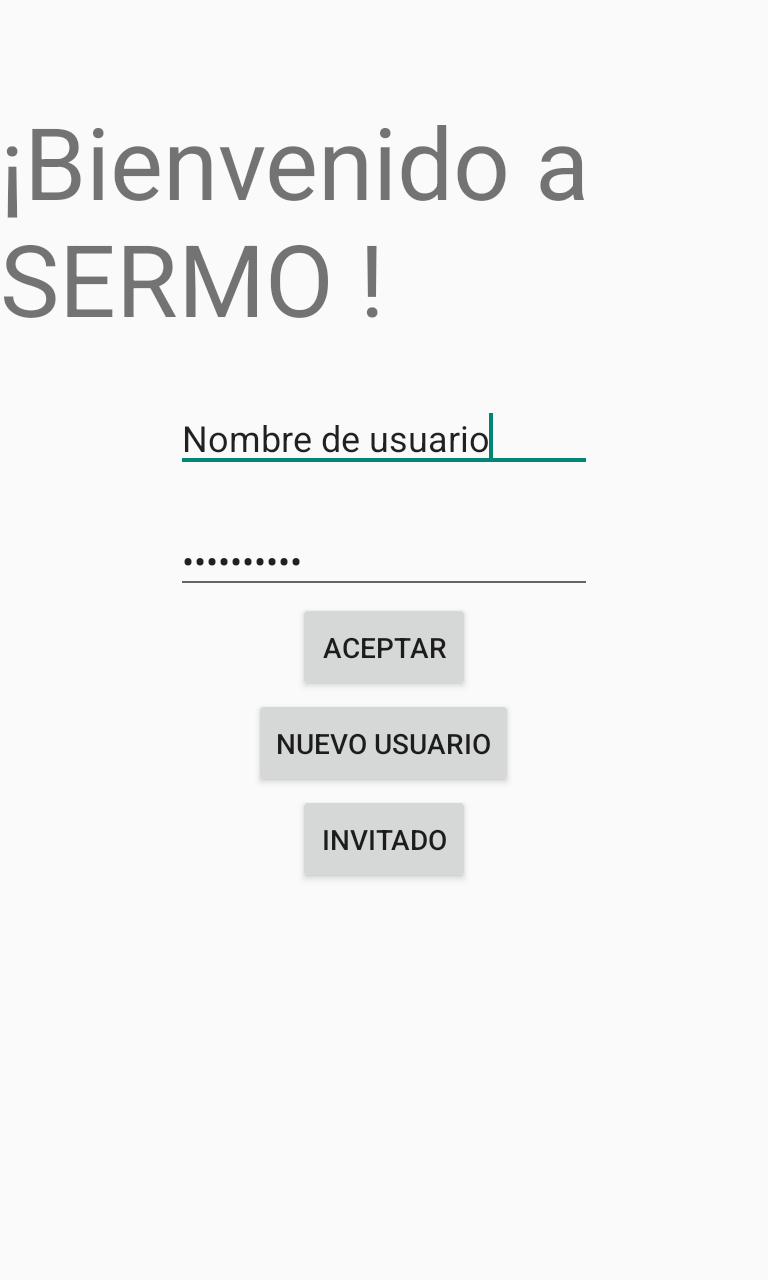
Repository: MVidi/juegos
Layout: SermoJuego/res/layout/pantallaprimera.xml
These files come from the project's save history. The layout is drawn as it stood at one moment and after the next save; the edit follows.
Pictures or frames that could not be fetched are drawn as grey boxes. It is drawn on a 768 x 1280 px phone screen (xhdpi) without system bars, with theme AppTheme; the app's code is not run.

Above is the layout before, as saved 2014-08-07 19:25:05.

### SermoJuego/res/layout/pantallaprimera.xml
<RelativeLayout xmlns:android="http://schemas.android.com/apk/res/android"
    xmlns:tools="http://schemas.android.com/tools"
    android:id="@+id/container"
    android:layout_width="match_parent"
    android:layout_height="match_parent"
    tools:context=".pantallaInicioActivity"
    tools:ignore="MergeRootFrame" >

    <TextView
        android:id="@+id/TituloPI"
        android:layout_width="wrap_content"
        android:layout_height="wrap_content"
        android:layout_alignParentTop="true"
        android:layout_centerHorizontal="true"
        android:layout_marginTop="47dp"
        android:text="@string/juego"
        android:textSize="50sp" />

    <EditText
        android:id="@+id/contrasenaPI"
        android:layout_width="wrap_content"
        android:layout_height="wrap_content"
        android:layout_centerHorizontal="true"
        android:layout_below="@+id/usuarioPI"
        android:layout_marginTop="20dp"
        android:ems="10"
        android:inputType="textPassword"
        android:onClick="clicarContrasena"
        android:text="@string/Contrasena" />

    <EditText
        android:id="@+id/usuarioPI"
        android:layout_width="wrap_content"
        android:layout_height="wrap_content"
        android:layout_below="@+id/TituloPI"
        android:layout_centerHorizontal="true"
        android:layout_marginTop="24dp"
        android:ems="10"
        android:inputType="textPersonName"
        android:onClick="clicarUsuario"
        android:text="@string/Usuario" >

        <requestFocus />
    </EditText>

    <Button
        android:id="@+id/aceptarPI"
        android:layout_width="wrap_content"
        android:layout_height="wrap_content"
        android:layout_centerHorizontal="true"
        android:layout_below="@+id/contrasenaPI"
        android:onClick="aceptarPulsado"
        android:text="@string/Aceptar" />

    <Button
        android:id="@+id/nuevoUsuarioPI"
        android:layout_width="wrap_content"
        android:layout_height="wrap_content"
        android:layout_below="@+id/aceptarPI"
        android:layout_centerHorizontal="true"
        android:text="@string/nuevoUsuario" />

    <Button
        android:id="@+id/invitadoPI"
        android:layout_width="wrap_content"
        android:layout_height="wrap_content"
  		android:layout_centerHorizontal="true"
        android:layout_below="@+id/nuevoUsuarioPI"
        android:text="@string/Invitado"
    	android:onClick="conectarMongo" />

</RelativeLayout>

### SermoJuego/res/values/strings.xml
<?xml version="1.0" encoding="utf-8"?>
<resources>

    <string name="app_name">SERMO</string>
    <string name="hello_world">Hello world!</string>
    <string name="juego">¡Bienvenido a SERMO !</string>
    <string name="action_settings">Settings</string>
  	<string name="Usuario">Nombre de usuario</string>
  	<string name="Contrasena">Contraseña</string>
  	<string name="Aceptar">Aceptar</string>
  	<string name="Invitado">Invitado</string>
  	<string name="nuevoUsuario">Nuevo Usuario</string>
  	<string name="jugar">jugar</string>
  	<string name="amigos">Amigos</string>
  	<string name="configurar">Configuración</string>
  	<string name="tipopartida">Seleccione tipo de partida</string>
</resources>

Loaded but not shown: SermoJuego/res/values/styles.xml (common file); SermoJuego/res/values-v11/styles.xml (common file); SermoJuego/res/values-v14/styles.xml (common file)

After the next save:
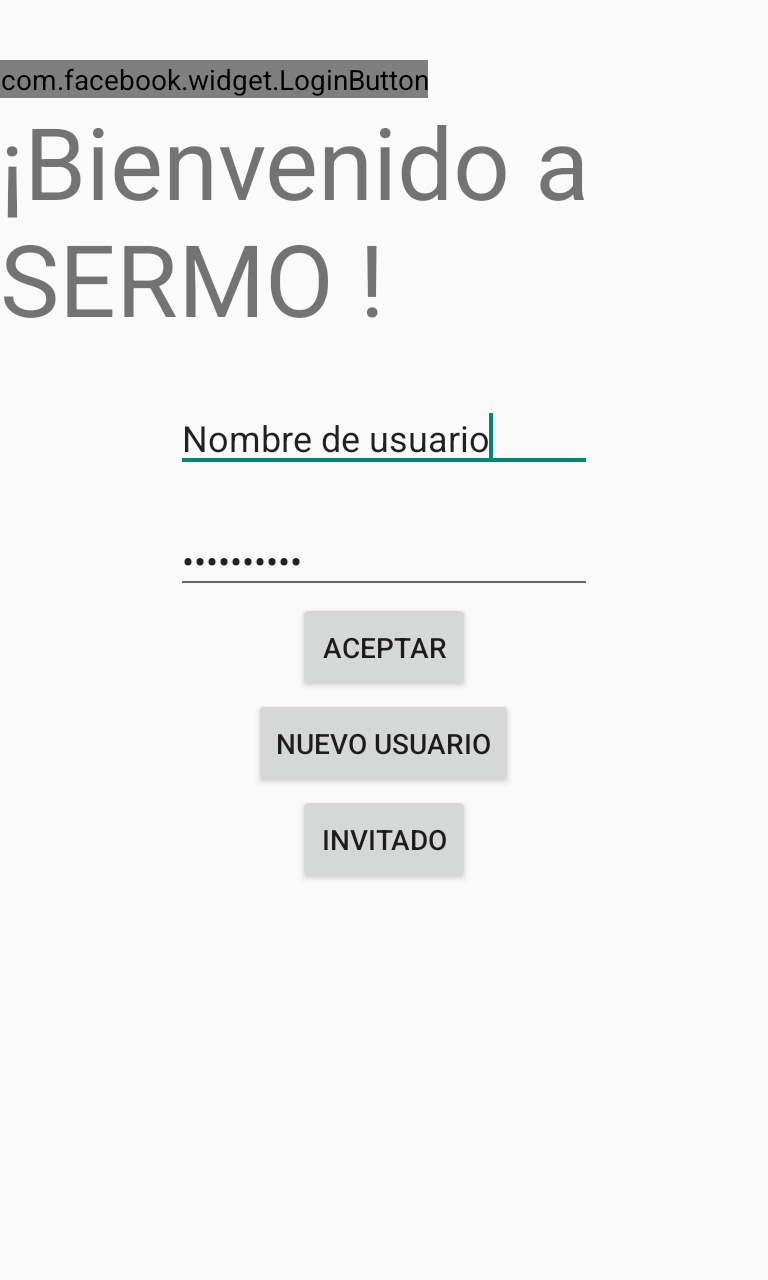
Saved 3 days later.
--- a/SermoJuego/res/layout/pantallaprimera.xml
+++ b/SermoJuego/res/layout/pantallaprimera.xml
@@ -69,4 +69,13 @@
         android:text="@string/Invitado"
     	android:onClick="conectarMongo" />
 
+
+    <com.facebook.widget.LoginButton
+        android:id="@+id/authButton"
+        android:layout_width="wrap_content"
+        android:layout_height="wrap_content"
+        android:layout_gravity="center_horizontal"
+        android:layout_marginTop="30dp"
+        />
+
 </RelativeLayout>
